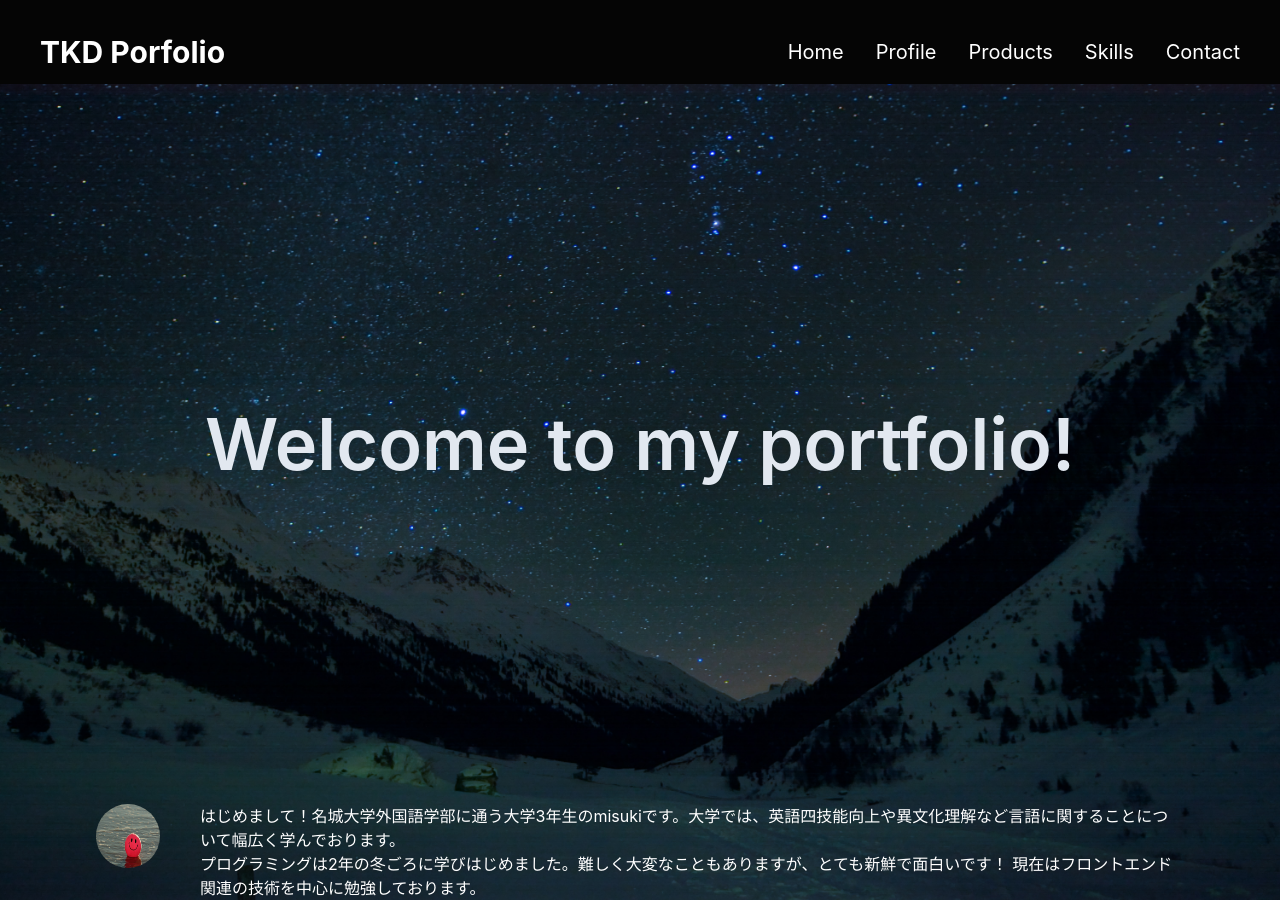
Repository: MitukiTakada/todo-aplication
Page: / (app in design/dev/react-tailwind/react-tailwind/)
The author's editor kept a copy of each file at every save. The page is drawn from the files as they stood at one save, then again after a run of saves.
The browser window is 1280 px wide. The pictures show the whole page.
The project was rebuilt for these pictures with package versions that can differ from the ones it lists, and the page was loaded fresh each time. Also part of the build but not shown: design/dev/react-tailwind/react-tailwind/src/components/Contact.jsx, design/dev/react-tailwind/react-tailwind/src/components/Products.jsx, design/dev/react-tailwind/react-tailwind/src/components/Profile.jsx, design/dev/react-tailwind/react-tailwind/src/components/Skills.jsx.

Above is the page before, as saved 2022-11-19 14:54:29.

### design/dev/react-tailwind/react-tailwind/public/index.html
<!DOCTYPE html>
<html lang="en">
  <head>
    <meta charset="utf-8" />
    <link rel="icon" href="%PUBLIC_URL%/favicon.ico" />
    <meta name="viewport" content="width=device-width, initial-scale=1" />
    <meta name="theme-color" content="#000000" />
    <meta
      name="description"
      content="Web site created using create-react-app"
    />
    <link rel="apple-touch-icon" href="%PUBLIC_URL%/logo192.png" />
    <link rel ="stylesheet" href="https://cdnjs.cloudflare.com/ajax/libs/font-awesome/5.15.3/css/all.min.css">
    <!--
      manifest.json provides metadata used when your web app is installed on a
      user's mobile device or desktop. See https://developers.google.com/web/fundamentals/web-app-manifest/
    -->
    <link rel="manifest" href="%PUBLIC_URL%/manifest.json" />
    <!--
      Notice the use of %PUBLIC_URL% in the tags above.
      It will be replaced with the URL of the `public` folder during the build.
      Only files inside the `public` folder can be referenced from the HTML.

      Unlike "/favicon.ico" or "favicon.ico", "%PUBLIC_URL%/favicon.ico" will
      work correctly both with client-side routing and a non-root public URL.
      Learn how to configure a non-root public URL by running `npm run build`.
    -->
    <title>React App</title>
  </head>
  <body>
    <noscript>You need to enable JavaScript to run this app.</noscript>
    <div id="root"></div>
    <!--
      This HTML file is a template.
      If you open it directly in the browser, you will see an empty page.

      You can add webfonts, meta tags, or analytics to this file.
      The build step will place the bundled scripts into the <body> tag.

      To begin the development, run `npm start` or `yarn start`.
      To create a production bundle, use `npm run build` or `yarn build`.
    -->
  </body>
</html>

### design/dev/react-tailwind/react-tailwind/src/index.jsx
import React from 'react';
import ReactDOM from 'react-dom/client';
import './index.css';
import App from './App';
import reportWebVitals from './reportWebVitals';
import { BrowserRouter } from 'react-router-dom';
import { ChakraProvider } from '@chakra-ui/provider';

const root = ReactDOM.createRoot(document.getElementById('root'));
root.render(
  <React.StrictMode>
    <BrowserRouter>
        <ChakraProvider>
          <App />
        </ChakraProvider>
    </BrowserRouter>
  </React.StrictMode>
);

// If you want to start measuring performance in your app, pass a function
// to log results (for example: reportWebVitals(console.log))
// or send to an analytics endpoint. Learn more: https://bit.ly/CRA-vitals
reportWebVitals();

### design/dev/react-tailwind/react-tailwind/src/App.jsx
import { BrowserRouter, Routes, Route } from "react-router-dom";
import Contact from "./components/Contact";
import Header from "./components/Header";
import Home from "./components/Home";
import Products from "./components/Products";
import Profile from "./components/Profile";
import Skills from "./components/Skills";


function App() {
  return (
    <div className=" bg-body  text-white w-full sm:px-0 pt-5">
     <Header />
      <Routes>
        <Route path="/" element={<Home />}/>
        <Route path="/prfole" element={<Profile />}/>
        <Route path="products" element={<Products />}/>
        <Route path="/skills" element={<Skills />}/>
        <Route path="/contact" element={<Contact />}/>
      </Routes>
    </div>
  );
}

export default App;

### design/dev/react-tailwind/react-tailwind/src/components/Header.jsx
import React from 'react'
import { Link } from 'react-router-dom'
import "./output.css"
import Hamburger from './atoms/Hamburger'

const Header = () => {
  return (
    <header className="container flex justify-between  w-full items-center mr-0 relative h-16 px-10">
      <div>
        <h2 className="text-2xl font-bold md:text-3xl">TKD Porfolio</h2>
      </div>
      <nav className="flex space-x-8 text-xl ml-8 items-center hidden md:block">
        <Link to={"/"} className="link">Home</Link>
        <Link to={"/profile"} className="link">Profile</Link>
        <Link to={"/products"} className="link">Products</Link>
        <Link to={"/skills"} className="link">Skills</Link>
        <Link to={"/contact"} className="link">Contact</Link>
      </nav>
      <Hamburger className="md:hidden absolute right-3"/>
    </header>
  )
}

export default Header

### design/dev/react-tailwind/react-tailwind/src/components/Home.jsx
import React from 'react'
import mainImage from "../images/main-image.jpeg"
import "./Home.css";
import userImage from "../images/user.jpg"

const Home = () => {
  return (
    <div className="home ">
      <div className="items-center ">
        <h1 className=" font-semibold text-3xl 100v text-center text-slate-200 lg:text-7xl md:text-5xl">Welcome to my portfolio!</h1>
      </div>
      <div className="flex mx-auto px-24 space-x-10">
        <img src={userImage} alt="" className="h-16 w-16 rounded-full"/>
        <p>
          はじめまして！名城大学外国語学部に通う大学3年生のmisukiです。大学では、英語四技能向上や異文化理解など言語に関することについて幅広く学んでおります。
          <br />
          プログラミングは2年の冬ごろに学びはじめました。難しく大変なこともありますが、とても新鮮で面白いです！
          現在はフロントエンド関連の技術を中心に勉強しております。
        </p>
      </div>
    </div>
  )
}

export default Home

### design/dev/react-tailwind/react-tailwind/src/components/output.css
.link {
  @apply hover:text-purple-400 transition-all duration-300;
}
.drawer-link {
  @apply hover:text-purple-400 transition-all duration-300 text-xl block text-center my-3;
}
.contact-btn {
  @apply bg-purple-500 font-bold text-xl px-3 py-2 rounded border-none hover:bg-purple-800 duration-300 transition-all mt-10
}
.secondary-title {
  @apply text-3xl font-bold;
}
.secondary-title::before {
  content: "";
  @apply block w-12 h-2 bg-purple-400 rounded-full mb-1;
}

.section-paragraph {
  @apply text-secondary my-6 w-full max-w-3xl
}

.badge {
  @apply px-4 py-2 text-sm rounded bg-badge block
}

.send-btn {
  @apply bg-teal-400 font-bold text-xl px-3 py-2 rounded border-none hover:bg-teal-600 duration-300 transition-all mt-10
}

### design/dev/react-tailwind/react-tailwind/src/components/atoms/Hamburger.jsx
import React from 'react'
import {
  Drawer,
  DrawerBody,
  DrawerOverlay,
  DrawerContent,
  DrawerCloseButton,
  useDisclosure,
  Button
} from '@chakra-ui/react'
import { Link } from 'react-router-dom';
import { HamburgerIcon } from '@chakra-ui/icons';

const Hamburger = () => {
  const { isOpen, onOpen, onClose } = useDisclosure()
  return (
    <div className="md:hidden">
        <HamburgerIcon h={30} w={30} className="hover:text-purple-400 duration-300 transition-all cursor-pointer"
        onClick={onOpen}
        />
        <Drawer isOpen={isOpen} onClose={onClose} placement="left" size="xs">
          <DrawerOverlay>
            <DrawerContent>
              <DrawerBody className="w-2/5 bg-slate-200 h-full p-12">
                <div className="z-20 space-y-5 text-xl">
                  <Link to={"/"} className="link drawer-link">Home</Link>
                  <Link to={"/profile"} className="link drawer-link">Profile</Link>
                  <Link to={"/products"} className="link drawer-link">Products</Link>
                  <Link to={"/skills"} className="link drawer-link">Skills</Link>
                  <Link to={"/contact"} className="link drawer-link">Contact</Link>
                  <DrawerCloseButton className="text-white text-md  p-2 rounded mt-15 mx-auto bg-red-400 transition-all duration-300 hover:bg-red-700 ">閉じる</DrawerCloseButton>
                </div>
              </DrawerBody>
            </DrawerContent>
          </DrawerOverlay>
        </Drawer>
      </div>
  )
}

export default Hamburger

### design/dev/react-tailwind/react-tailwind/src/components/Home.css
.home {
  background-image: url(../images/mountain.jpeg);
  background-position: center;
  background-size: cover;
  height: 100%;
  width: 100%;
}

.home h1 {
  line-height: 100vh;
  align-items: center;
}

### design/dev/react-tailwind/react-tailwind/tailwind.config.js
/** @type {import('tailwindcss').Config} */
module.exports = {
  content: [
    "./src/**/*.{js,jsx,ts,tsx}",
  ],
  theme: {
    extend: {

      colors: {
        body: "#050505",
        secondary: "#9191A4",
        badge: "#3F3F51"
      },
      lineHeight: {
        "100v": "100vh"
      }
    },
  },
  plugins: [],
}

Loaded but not shown: design/dev/react-tailwind/react-tailwind/src/index.css (common file); design/dev/react-tailwind/react-tailwind/src/reportWebVitals.js (common file)

After the next 2 saves:
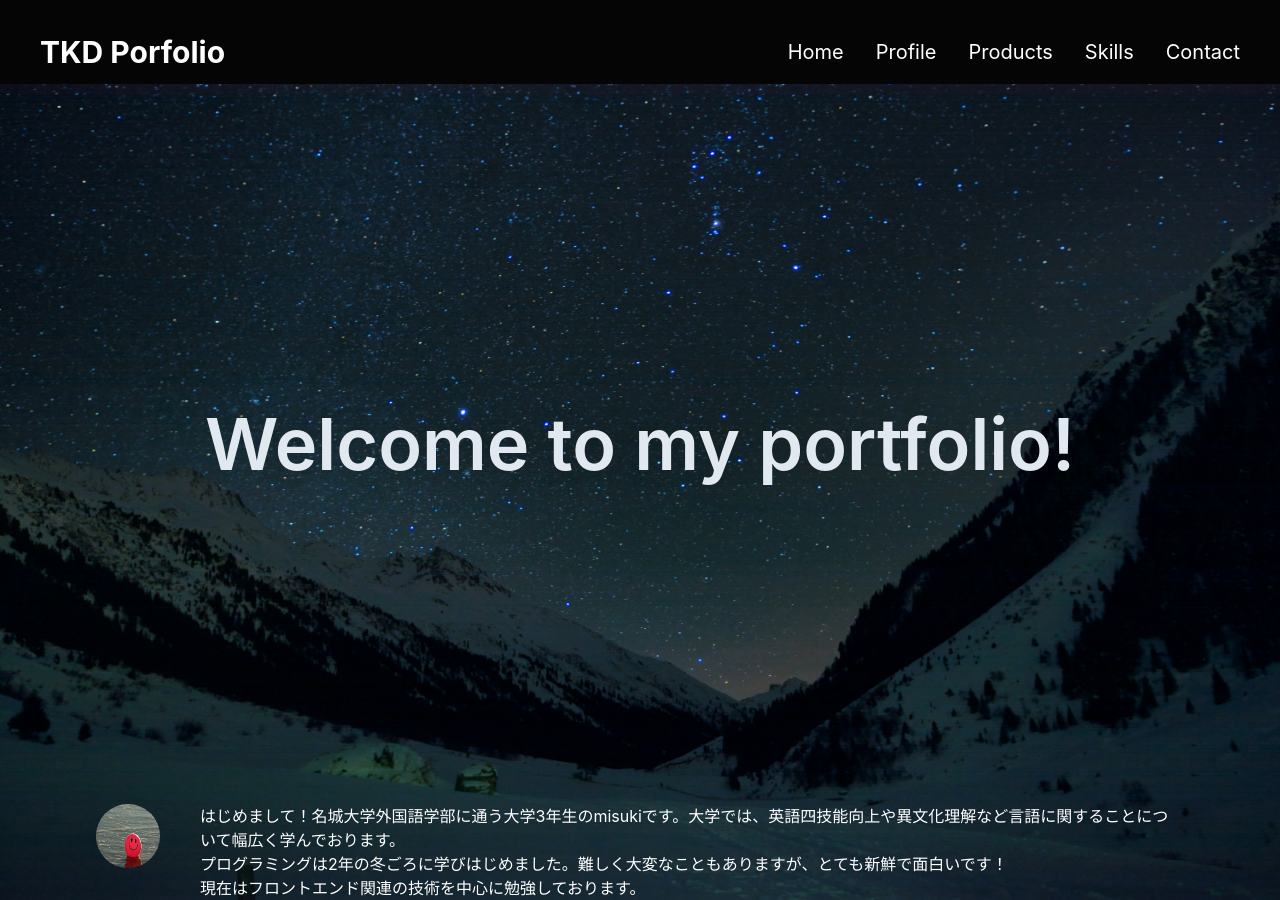
The 2 saves are shown as one change because they came seconds apart.
The last was saved 8 s later.
--- a/design/dev/react-tailwind/react-tailwind/src/components/Home.jsx
+++ b/design/dev/react-tailwind/react-tailwind/src/components/Home.jsx
@@ -15,6 +15,7 @@ const Home = () => {
           はじめまして！名城大学外国語学部に通う大学3年生のmisukiです。大学では、英語四技能向上や異文化理解など言語に関することについて幅広く学んでおります。
           <br />
           プログラミングは2年の冬ごろに学びはじめました。難しく大変なこともありますが、とても新鮮で面白いです！
+          <br />
           現在はフロントエンド関連の技術を中心に勉強しております。
         </p>
       </div>
